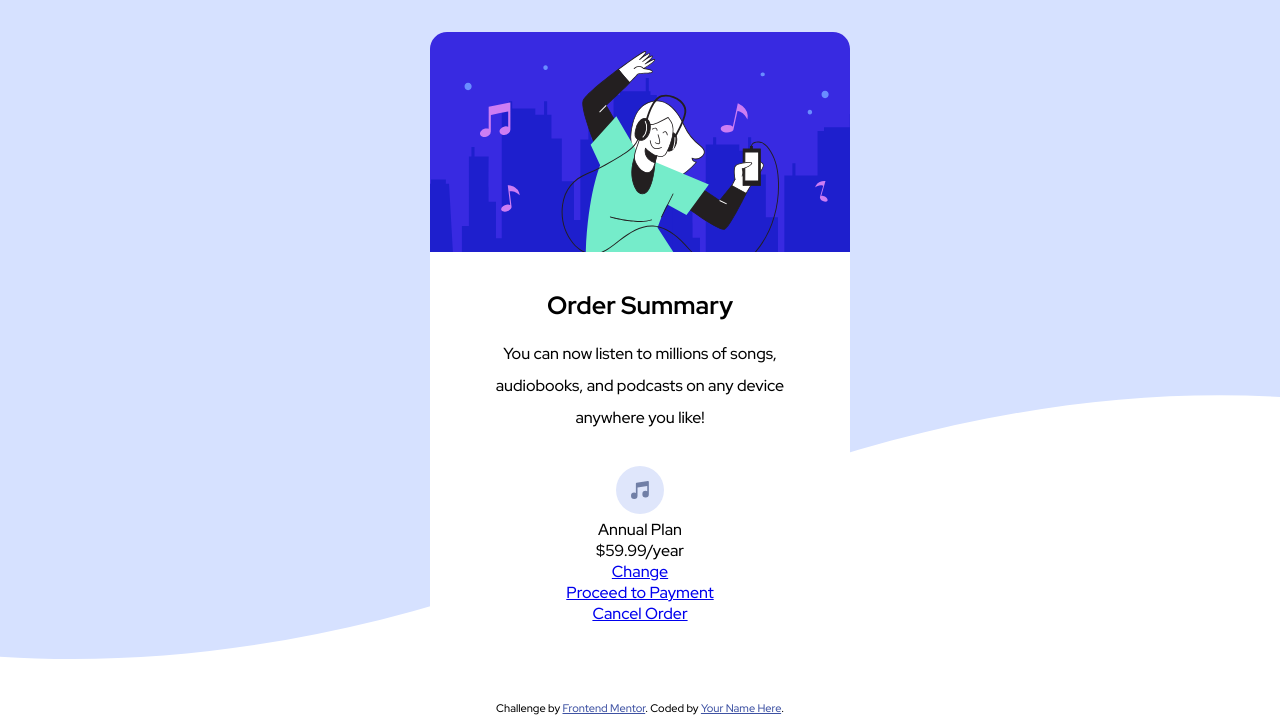
Repository: DejV44/order-summary-frontend
Page: index.html
These files come from the project's save history. The page is drawn as it stood at one moment and after the next save; the edit follows.
The browser window is 1280 px wide. The pictures show the whole page.
The style sheet was rebuilt from its Sass, Less or Tailwind sources for each picture, by a compiler version that may differ from the author's.

Above is the page before, as saved 2021-08-12 21:08:41.

After the next save:
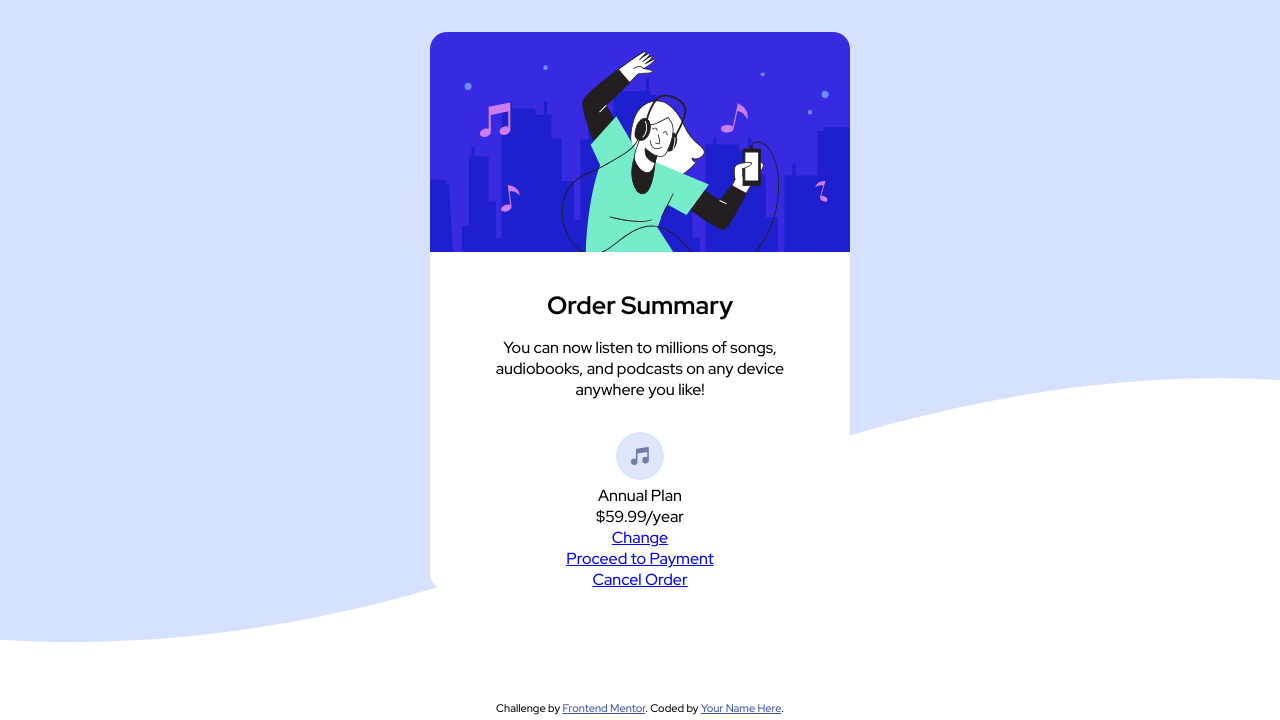
Saved 6 s later.
--- a/css/_mixins.scss
+++ b/css/_mixins.scss
@@ -50,6 +50,6 @@
     }
 
     p {
-        line-height: 2rem;
+        line-height: 1.3rem;
     }
 }
